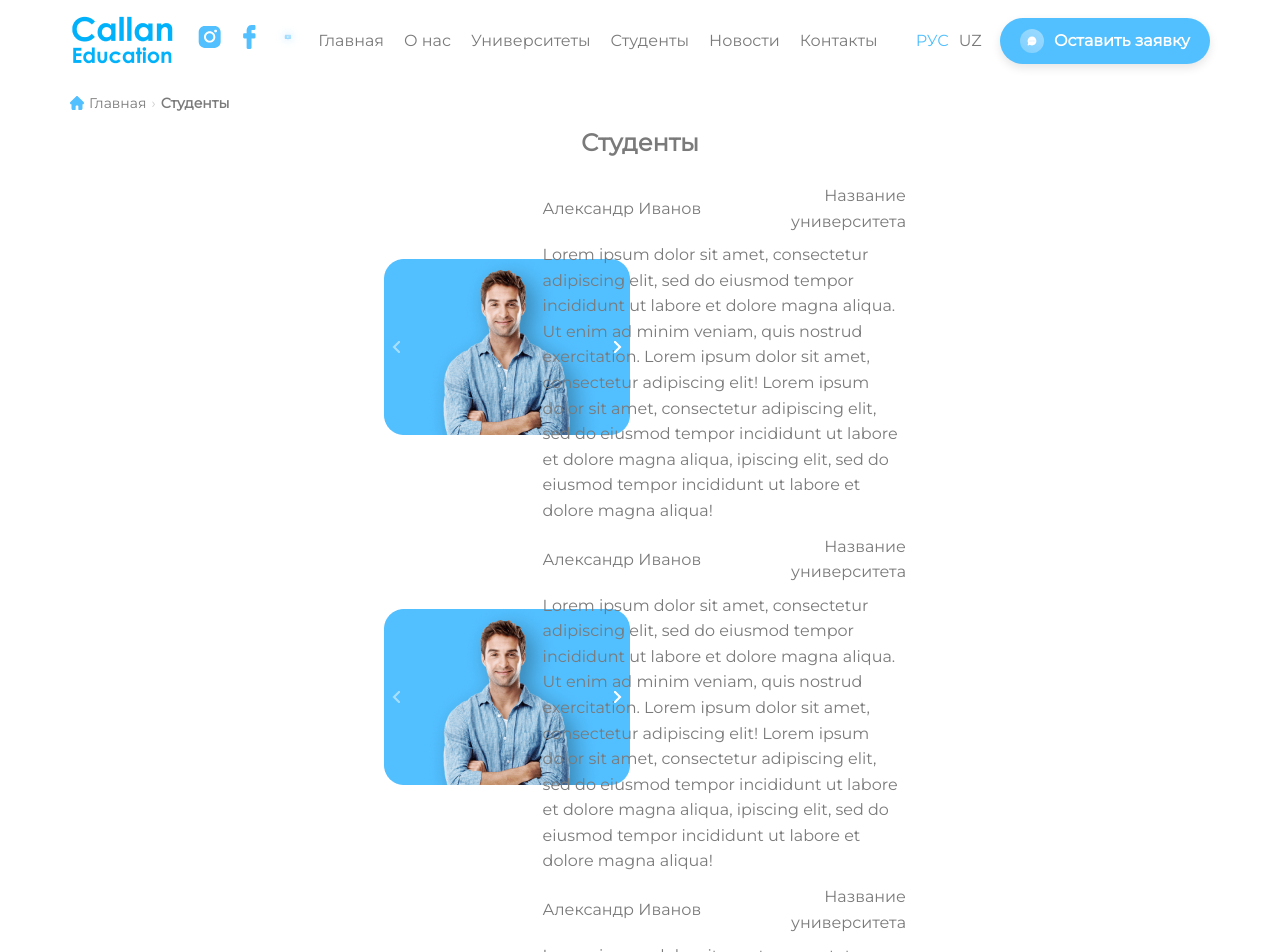
Repository: olyakorzh/Team-project-1
Page: assets/pages/students.html
An editor plug-in stored every save of this project. The page is shown before and after a run of saves, followed by the edit.
The browser window is 1280 px wide. The pictures show the part of the page from y = 0 to 952 px (the page is 2682 px tall before and 2667 px after).
A picture or video elsewhere on the page could not be fetched, so the positions and the page height are approximate.

Above is the page before, as saved 2024-12-08 11:37:46.

After the next 2 saves:
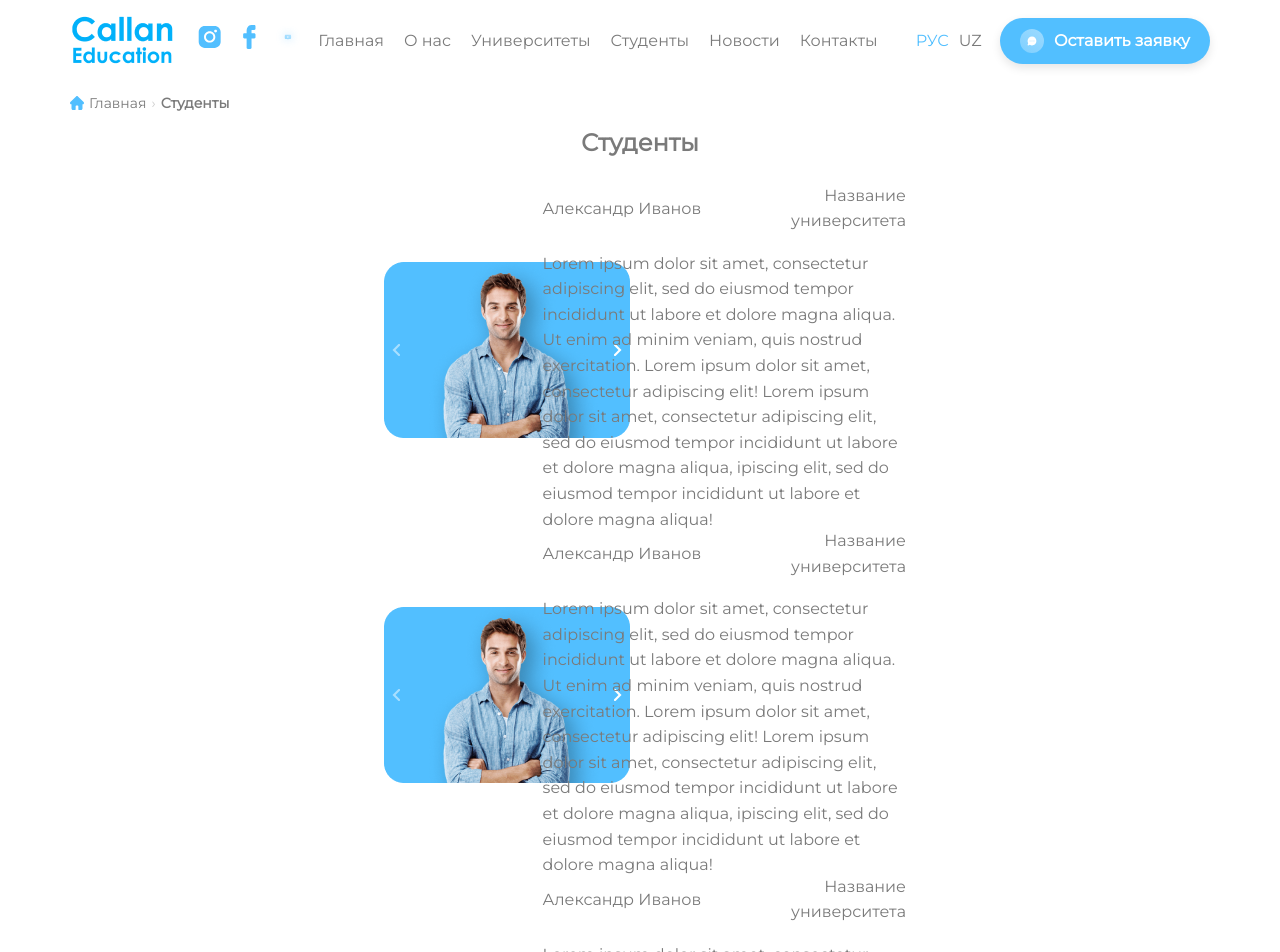
The 2 saves are shown as one change because they came seconds apart.
The last was saved 15 s later.
--- a/assets/styles/students.css
+++ b/assets/styles/students.css
@@ -193,7 +193,7 @@
     display: grid;
     grid-template-columns: 30% 35% 35%;
     grid-template-rows: 20% 80%;
-    gap: 5px 5px;
+    gap: 5% 5px;
     align-items: center;
     width: 40%;
     margin-top: 1%;
